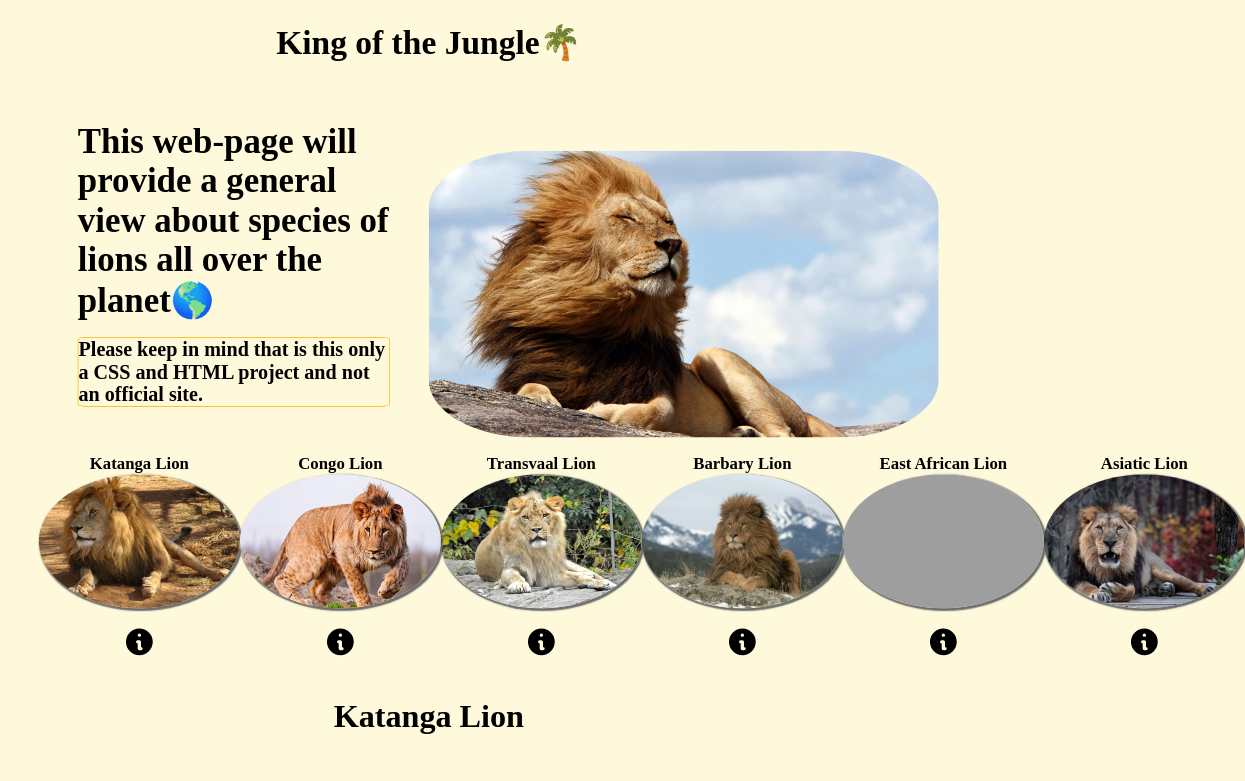
Repository: GeorgeManias/lions_project
Page: index.html
An editor plug-in stored every save of this project. The page is shown before and after the next save, followed by the edit.
The browser window is 1280 px wide. The page is 1858 px wide, so the pictures cover 1858 px, including what lies to the right of the window. The pictures show the whole page, at 67% of full size.
Pictures or frames that could not be fetched are drawn as grey boxes. Some web fonts or font styles are not loaded; a fallback is used.

Above is the page before, as saved 2021-11-05 19:45:08.

After the next save:
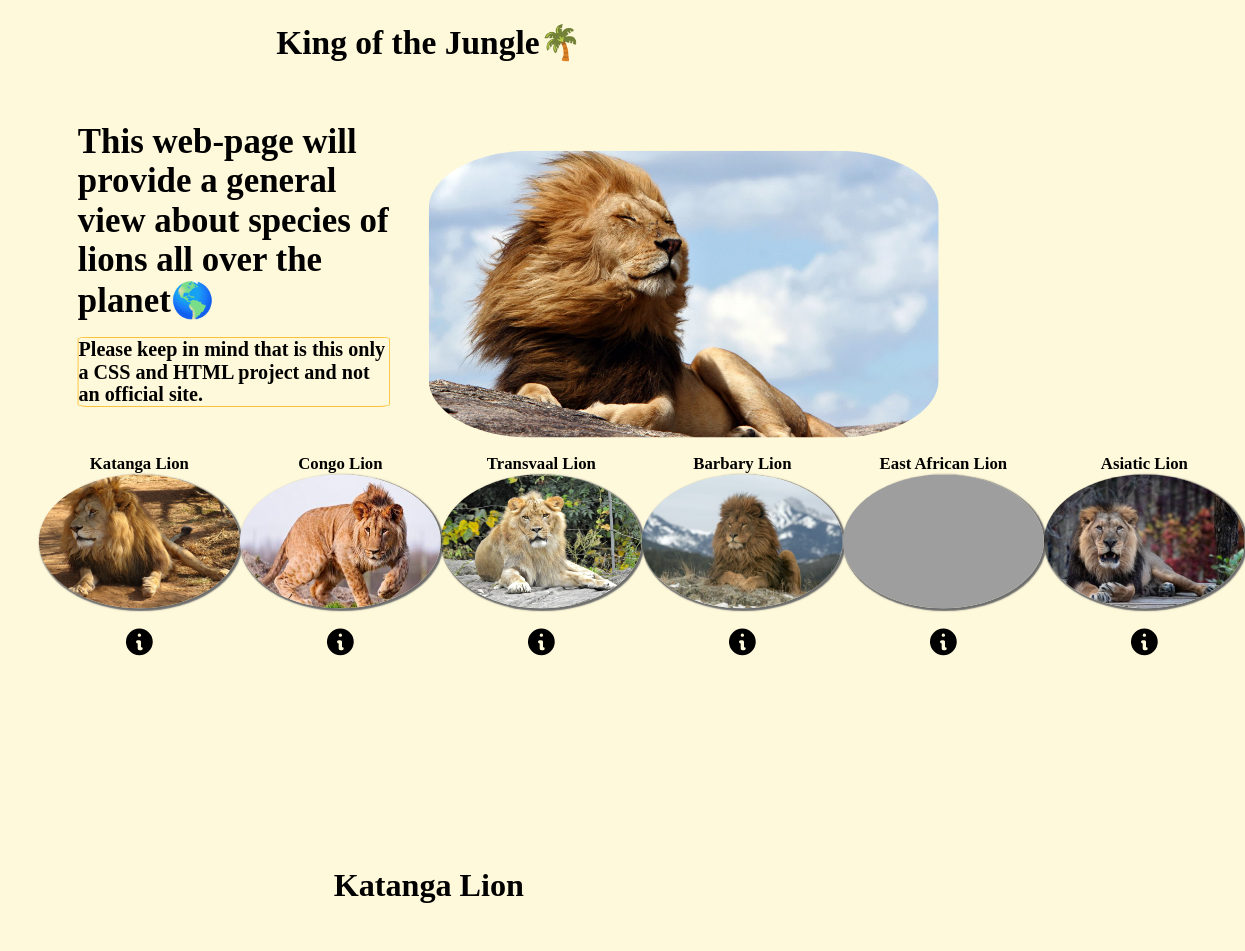
Saved 84 s later.
--- a/index.css
+++ b/index.css
@@ -266,6 +266,7 @@ Katanga Analysis 1/6 Arxh
   display: grid;
   grid-template-columns: 1fr 1fr;
   grid-template-rows: auto auto auto;
+  margin-top: 20%;
 }
 
 .katanga_analysis_h1 {
